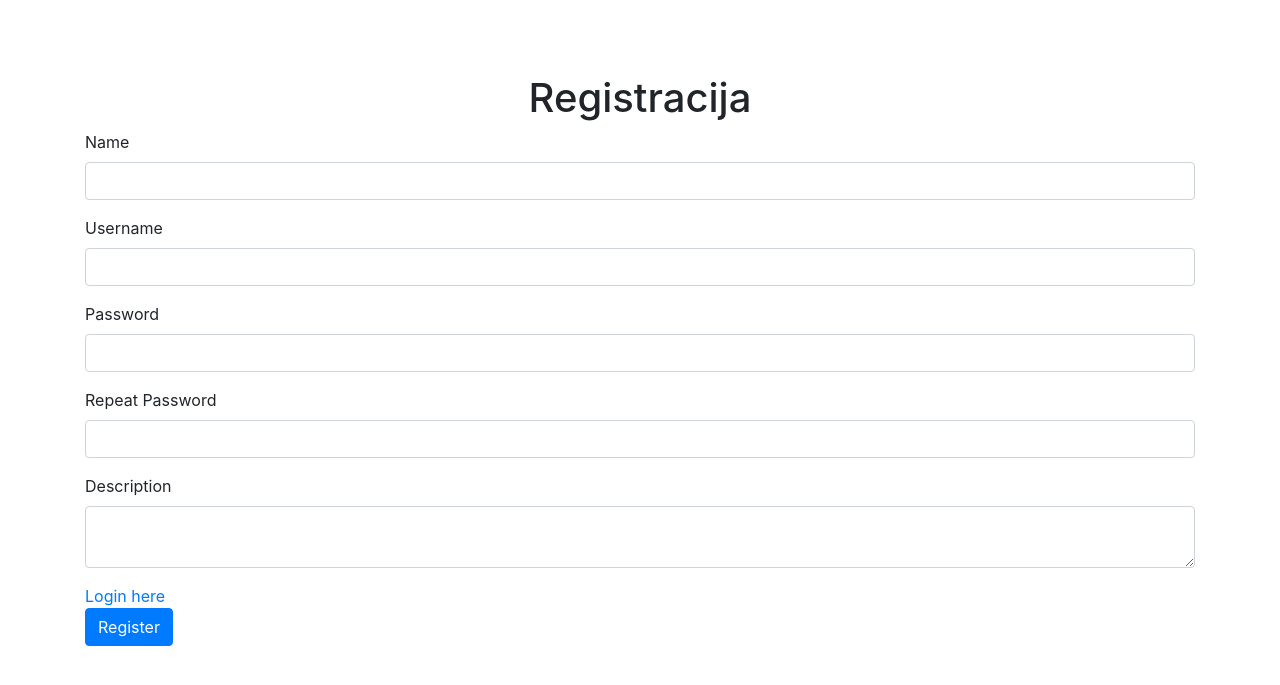
Repository: motiejus1/15-paskaita-PHP-05.31
Page: http://localhost/register.php
These files come from the project's save history. The page is drawn as it stood at one moment and after a run of saves; the edit follows.
The browser window is 1280 px wide. The pictures show the whole page.
Some web libraries are served in a nearby version. The page is run by PHP 8.4 with error messages shown; the project is at /var/www/html/.

Above is the page before, as saved 2021-08-16 20:36:09.

After the next 2 saves:
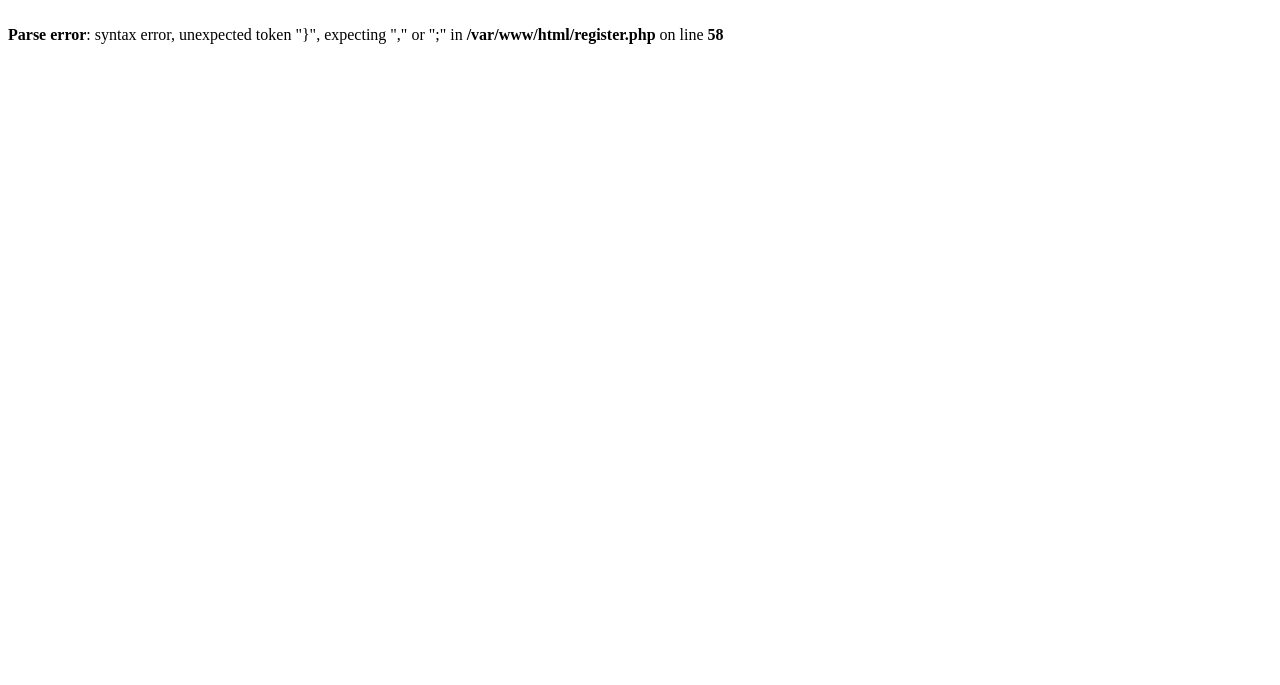
The 2 saves are shown as one change because they came seconds apart.
The last was saved 7 s later.
--- a/register.php
+++ b/register.php
@@ -54,7 +54,7 @@
        if($result->num_rows == 1) {
            $message = "Toks vartotojas duomenu bazėje jau yra";
        } else {
-
+           echo ""
        }
 
        // 0 arba 1

After the 2 saves that followed:
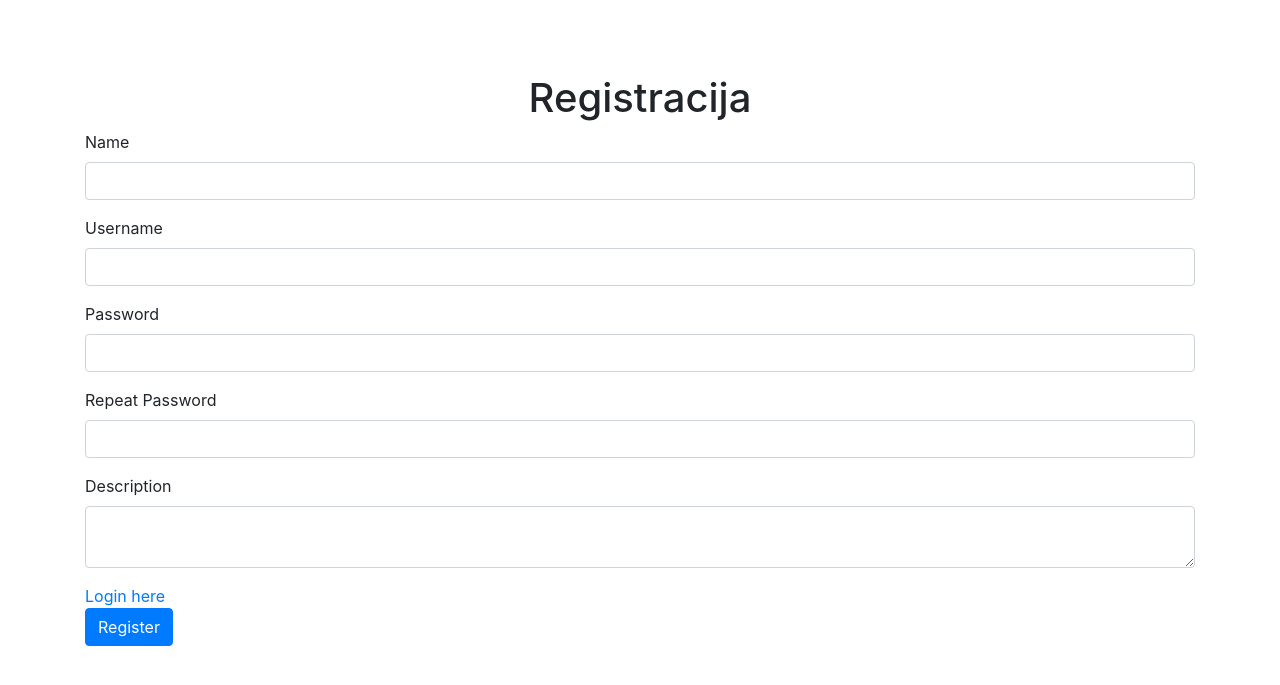
The 2 saves are shown as one change because they came seconds apart.
The last was saved 6 s later.
--- a/register.php
+++ b/register.php
@@ -54,7 +54,7 @@
        if($result->num_rows == 1) {
            $message = "Toks vartotojas duomenu bazėje jau yra";
        } else {
-           echo ""
+           echo "Tokio varototjo nera";
        }
 
        // 0 arba 1
